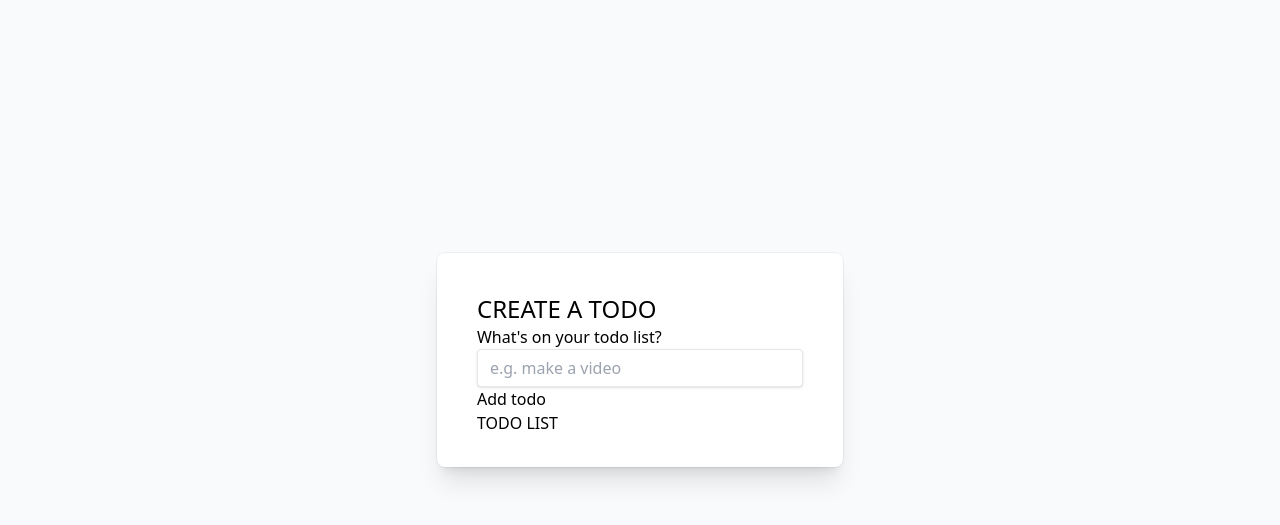
Repository: Kajo-lab/vue-todo
Page: /
An editor plug-in stored every save of this project. The page is shown before and after a run of saves, followed by the edit.
The browser window is 1280 px wide. The pictures show the whole page.
The project was rebuilt for these pictures with package versions that can differ from the ones it lists, and the page was loaded fresh each time. Also part of the build but not shown: vite.config.js, webpack.config.js.

Above is the page before, as saved 2022-07-07 16:34:14.

After the next 2 saves:
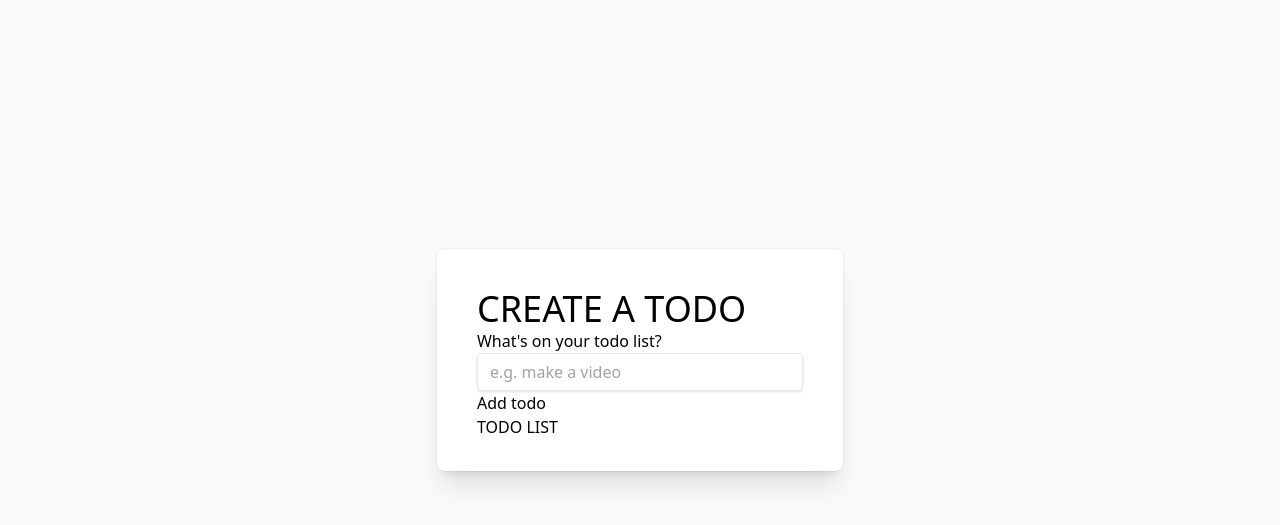
The 2 saves are shown as one change because they came seconds apart.
The last was saved 7 s later.
--- a/src/App.vue
+++ b/src/App.vue
@@ -48,7 +48,7 @@ onMounted(() => {
 <main class="relative flex min-h-screen flex-col justify-center overflow-hidden bg-gray-50 py-6 sm:py-12">
 	<div class="relative bg-white px-6 pt-10 pb-8 shadow-xl ring-1 ring-gray-900/5 sm:mx-auto sm:max-w-lg sm:rounded-lg sm:px-10">
 		<section class="create-todo">
-		<h1 class="text-2xl">CREATE A TODO</h1>
+		<h1 class="text-4xl">CREATE A TODO</h1>
 				<form id="new-todo-form" class="" @submit.prevent="addTodo">
 					<h4>What's on your todo list?</h4>
 					<input
